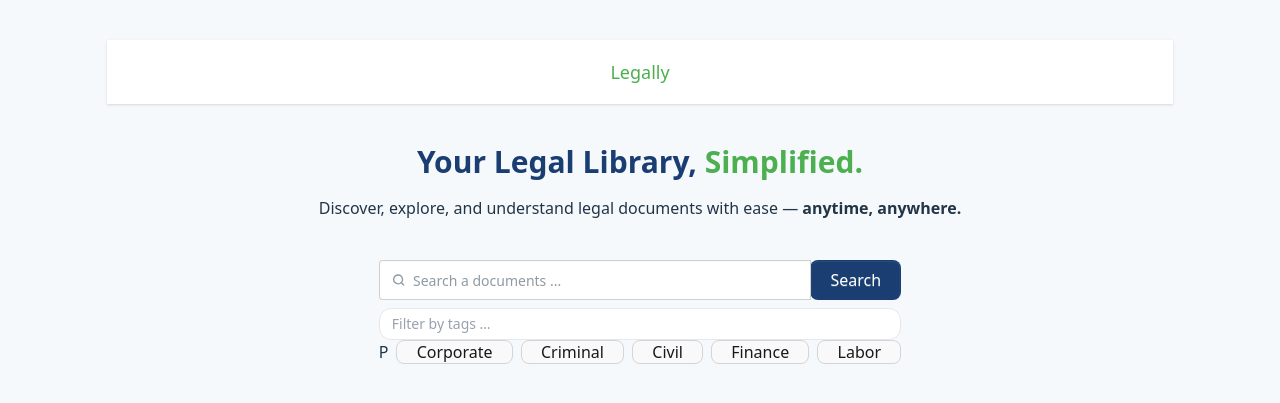
Repository: OdinPie/legal-search-acmeai
Page: / (app in legal-frontend/)
The author's editor kept a copy of each file at every save. The page is drawn from the files as they stood at one save, then again after a run of saves.
The browser window is 1280 px wide. The pictures show the whole page.
The project was rebuilt for these pictures with package versions that can differ from the ones it lists, and the page was loaded fresh each time. Also part of the build but not shown: legal-frontend/vite.config.js.

Above is the page before, as saved 2025-11-05 23:53:45.

After the next 3 saves:
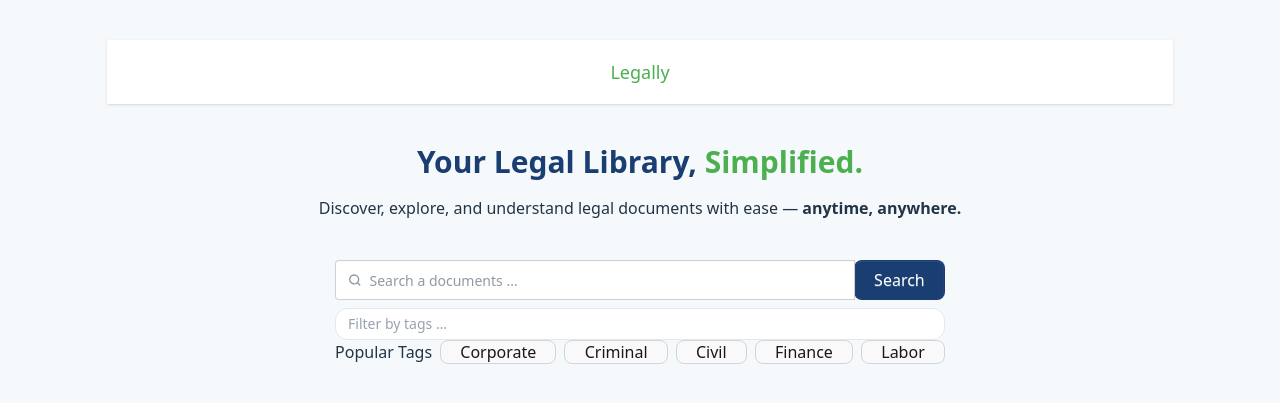
The 3 saves are shown as one change because they came seconds apart.
The last was saved 10 s later.
--- a/legal-frontend/src/components/TagBar.jsx
+++ b/legal-frontend/src/components/TagBar.jsx
@@ -61,7 +61,7 @@ export default function TagBar({ value = [], onChange }) {
       </div>
 
       <div className="flex justify-center gap-2">
-        <p>P</p>
+        <p className="">Popular Tags</p>
         {suggetions.map(s => {
           const taken = value.some(t => t.toLowerCase() === s.toLowerCase());
           return (
